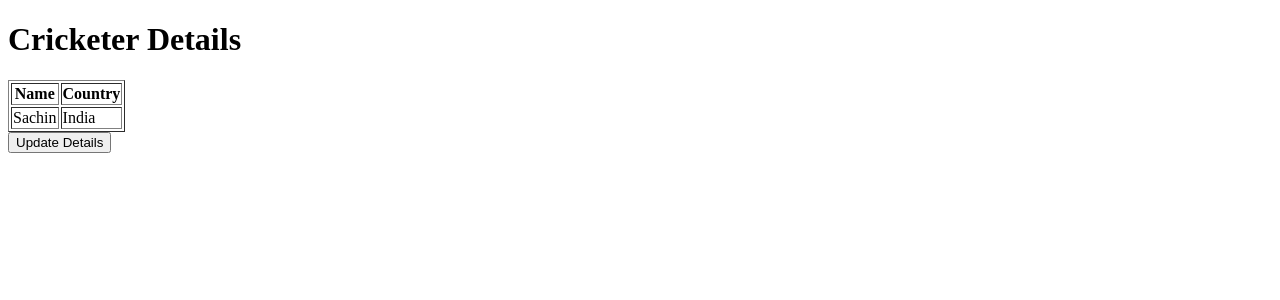
Repository: suma94/MyProjects
Page: AJAXPrograms/WebContent/AjaxJson.html
An editor plug-in stored every save of this project. The page is shown before and after the next save, followed by the edit.
The browser window is 1280 px wide. The pictures show the whole page.

Above is the page before, as saved 2015-08-17 09:54:58.

After the next save:
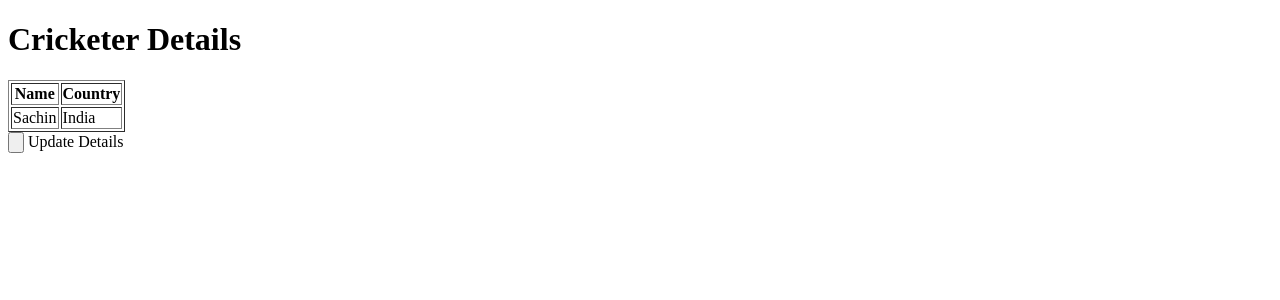
Saved 50 s later.
--- a/AJAXPrograms/WebContent/AjaxJson.html
+++ b/AJAXPrograms/WebContent/AjaxJson.html
@@ -51,7 +51,7 @@
 		</tr>
 	</table>
 	<div class="central">
-		<button type="button" onClick="loadJSON()"> Update Details </button>
+		<input type="button" onClick="loadJSON()"> Update Details </input>
 	</div>
 </body>
 </html>

After the 2 saves that followed:
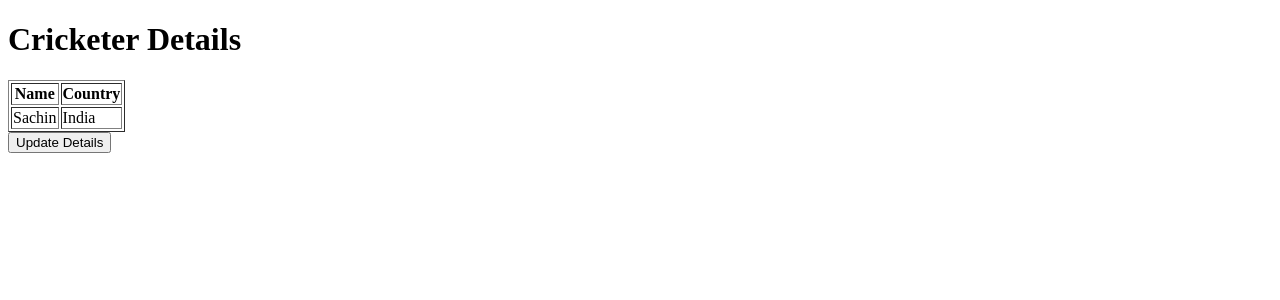
The 2 saves are shown as one change because 1 left the picture as it was.
The last was saved 90 s later.
--- a/AJAXPrograms/WebContent/AjaxJson.html
+++ b/AJAXPrograms/WebContent/AjaxJson.html
@@ -51,7 +51,7 @@
 		</tr>
 	</table>
 	<div class="central">
-		<input type="button" onClick="loadJSON()"> Update Details </input>
+		<button type="button" onClick="loadJSON()"> Update Details</button>
 	</div>
 </body>
 </html>
